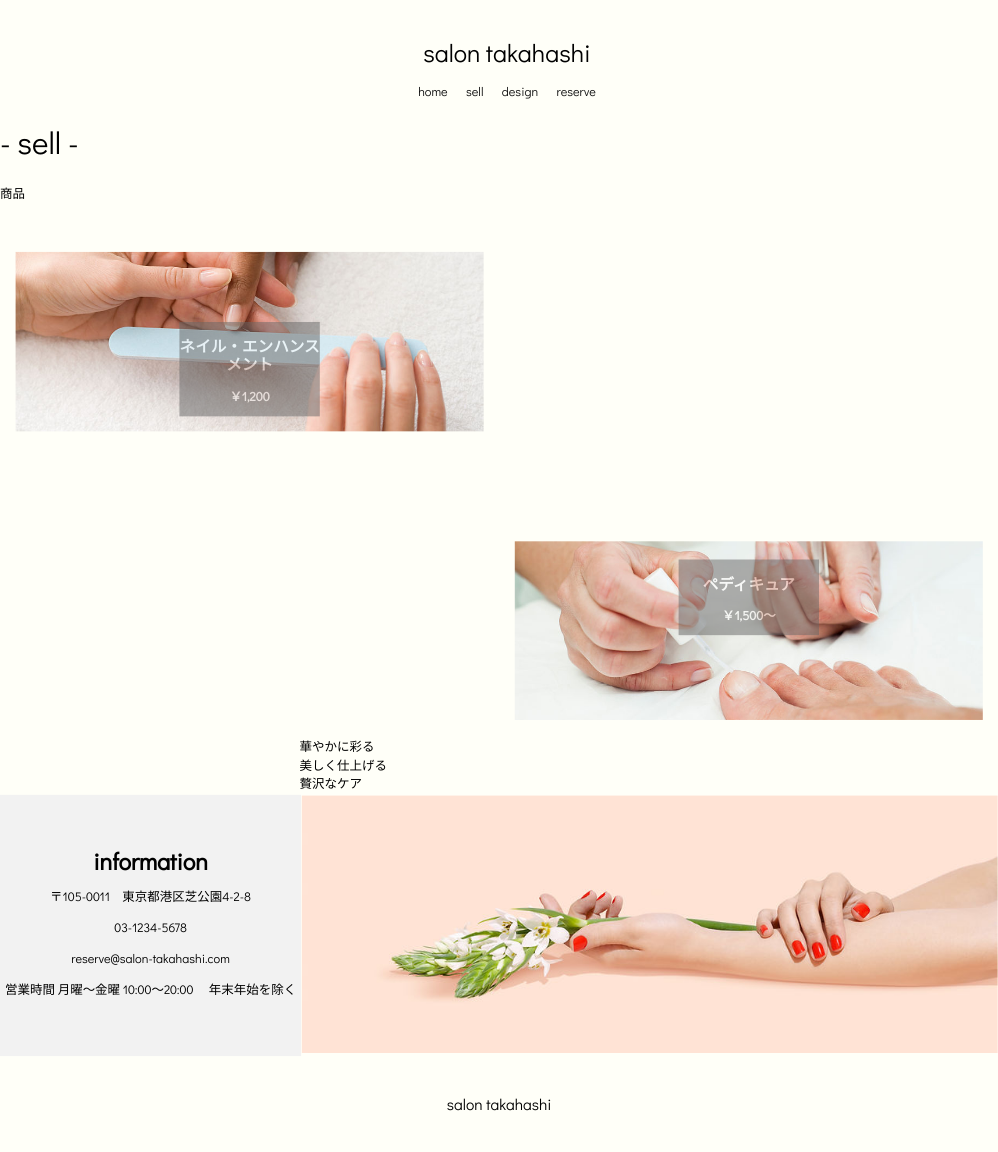
Repository: yukitakahashi1002/salontakahashi-
Page: sell.html
An editor plug-in stored every save of this project. The page is shown before and after the next save, followed by the edit.
The browser window is 1280 px wide. The pictures show the whole page, at 78% of full size.

Above is the page before, as saved 2023-08-02 01:34:43.

### sell.html
<!DOCTYPE html>
<html>
<head>
    <title>Salon Takahashi - sell 商品 -</title>
    <meta charset="utf-8">
    <meta name="description" content="サロンタカハシの販売商品です">
    <meta name="viewport" content="width=device-width, initial-scale=1.0">
    <link rel="stylesheet" href='https://fonts.googleapis.com/css?family=Didact Gothic'>
    <link rel="stylesheet" href="css/normalize.css">
    <link rel="stylesheet" href="css/style.css">
</head>
<body>
    <!-- ヘッダー -->
    <header>
        <!-- サイトタイトル -->
        <h1>salon takahashi</h1>

        <!-- PC用ナビゲーション -->
        <nav id="nav-pc">
            <a href="/">home</a>
            <a href="sell.html">sell</a>
            <a href="design.html">design</a>
            <a href="reserve.html">reserve</a>
        </nav>
    </header>
    <main>
        <article>
            <!-- menu -->
            <section id="sell">
                <div class="sell-title">
                    <h2>- sell -</h2>
                    <p>商品</p>
                </div>
                <div id="menu-flex">
                    <div class="menu-flex-left">
                        <img id="menu-photo1" src="images/5bf6e16609554325bf973714113b2404.jpg" alt="ネイル強化メニュー">
                        <div>
                            <h3>ネイル・エンハンスメント</h3>
                            <p>￥1,200</p>
                        </div>
                    </div>
                    <div class="menu-flex-right">
                        <img id="menu-photo2" src="images/75d452f57d5d49689d22990be695edd7.jpg" alt="ペディキュアネイルメニュー" >
                        <div>
                            <h3>ペディキュア</h3>
                            <p>￥1,500～</p>
                        </div>
                    </div>
                </div>
                <div class="menu-foot">
                    <p> 華やかに彩る</p>
                    <p> 美しく仕上げる</p>
                    <p> 贅沢なケア</p>
                </div>
            </section>
            <section id="infomertion">
                <table class="information-table">
                    <tr>
                        <td class="infomertion-left">
                            <strong>information</strong><br>
                            〒105-0011　東京都港区芝公園4-2-8<br>
                            03-1234-5678<br>
                            reserve@salon-takahashi.com<br>
                            営業時間   月曜〜金曜 10:00〜20:00 　年末年始を除く
                        </td>
                        <td class="infomertion-right">
                            <img src="images/b3d2a5f91121434bb73a96041b57b6d9.jpg" alt="タカハシサロン情報、花とネイルの画像">
                        </td>
                    </tr>
                </table>
            </section>
        </article>
        <footer>
            <div>

            </div>
        </footer>
    </main>
</body>
<footer>
    <p>salon takahashi</p>
</footer>
</html>

### css/style.css
@charset "utf-8";

/*
* *********************************
*　ページ全体に関わるのCSS設定
* *********************************
*/
html *,
::before,
::after {
    box-sizing: border-box;
}

html {
    font-size: 14px;
}
@media (min-width: 768px)  {
    html {
        font-size: 16px;
    }
}

body {
    font-family: 'Didact Gothic', sans-serif;
    background-color: #FFFFF8;
}

/* 標準的なリンクのテキストの色 */
a {
    color: #f30;
}



/*=============
PC用のスタイル
==============*/
/* 横幅設定 */
body {
    max-width: 1800px;
    min-width: 960px;
    margin: 0 auto 0 auto;
}

/* ヘッダー */
header {
    text-align: center;
    margin-top: 50px;
}
header > h1 {
    margin-left: 20px;
    font-weight: normal;
}

/* ナビゲーションのレイアウト */
#nav-pc > a:link {
    text-decoration: none;
    margin-left: 20px;
    color: #0d0d0d;
}

#nav-pc > a:visited {
    color: #0d0d0d;
}

#nav-pc > a:hover {
    color: #0d0d0d;
    text-decoration: underline;
}

#nav-pc > a:active {
    color: #0d0d0d;
}

/* メインビジュアル */
#main-visual {
    text-align: center;
}

#main-message > h1 {
    font-size: 60px;
    margin: 100px auto 0 auto;
    font-weight: normal;
}
#main-message > p {
    font-size: 20px;
}

#main-visual > img {
    margin: 80px auto 0 auto;
}

/* 見出し */
.section-title {
    text-align: center;
}
.section-title > P {
    margin-top: -20px;
}


h2 {
    font-weight: normal;
    font-size: 40px;
}

h3 {
    font-size: 20px;
}

/* メニュー */
#menu {
    margin: 100px auto 80px auto;
    width: 100%;
}

#menu-flex {
    width: 100%;
    display: flex;
}

#menu-flex > div {
    width: 50%;
    height: 600px;
    margin: 50px 20px 20px 20px;
}

.menu-flex-left {
    display: flex;
    align-items: flex-start;
    position: relative;
}

.menu-flex-left > img {
    width: 100%;
}

.menu-flex-left > div {
    width: 30%;
    position: absolute;
    top: 25%;
    left: 50%;
    -ms-transform: translate(-50%, -50%);
    -webkit-transform: translate(-50%, -50%);
    transform: translate(-50%, -50%);
    margin: 0;
    padding: 0;
    background-color: #666666;
    opacity: 0.5;
    color: #FFFFFF;
    text-align: center;
    font-weight: bold;
}


.menu-flex-right {
    display: flex;
    align-items: flex-end;
    position: relative;
}


.menu-flex-right > img {
    width: 100%;
}

.menu-flex-right > div {
    width: 30%;
    position: absolute;
    bottom: 10%;
    right: 20%;
    -ms-transform: translate(-50%, -50%);
    -webkit-transform: translate(-50%, -50%);
    transform: translate(-50%, -50%);
    margin: 0;
    padding: 0;
    background-color: #666666;
    opacity: 0.5;
    color: #FFFFFF;
    text-align: center;
    font-weight: bold;
 }

.menu-foot {
    text-align: left;
    width: 60%;
    margin: 0 0 0 30%;
}

.menu-foot p {
    margin: 5px 0 5px 0;
    font-size: 16px;
}

/* インフォメーション */
#information {
    margin: 100px auto 80px auto;
    width: 100%;
}

/* 表部分 */
/* height: 330px;効かない */
table {
    border-collapse:collapse;
    border-spacing: 0;
    height: 330px;
}

/* .information-table > td だと効かない */
.infomertion-left {
    width: 50%;
    height: 200px;
    background-color: #F2F2F2;
    text-align: center;
    vertical-align: center;
    line-height: 40px;
}

.infomertion-right {
    width: 50%;
    /* height: 200px; */
}

strong {
    font-size: 30px;
}

footer {
    margin: 50px auto;
    text-align: center;
}

footer p {
    font-size: 20px;
}

Loaded but not shown: css/normalize.css (library)

After the next save:
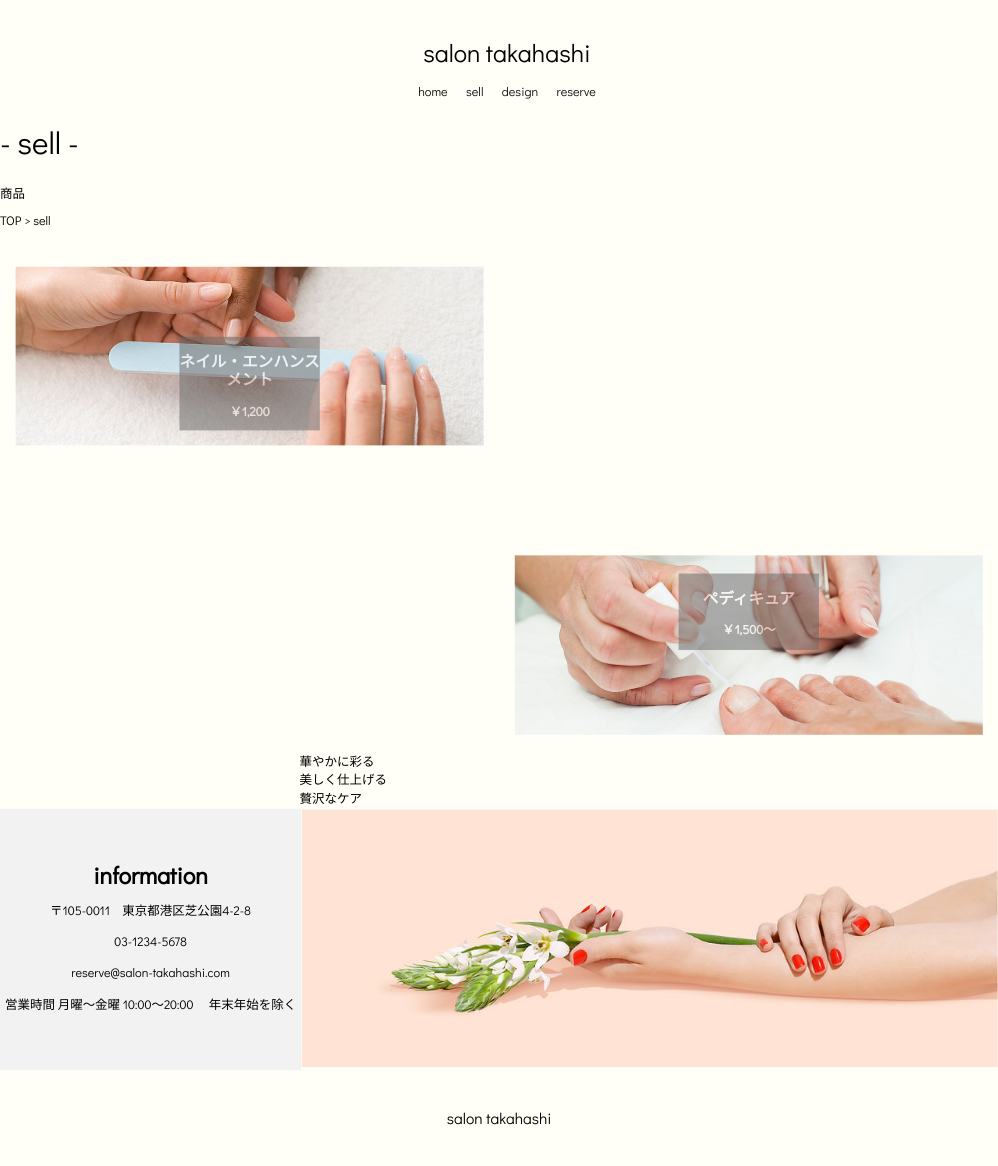
Saved 31 s later.
--- a/sell.html
+++ b/sell.html
@@ -30,6 +30,7 @@
                 <div class="sell-title">
                     <h2>- sell -</h2>
                     <p>商品</p>
+                    <div>TOP > sell</div>
                 </div>
                 <div id="menu-flex">
                     <div class="menu-flex-left">
